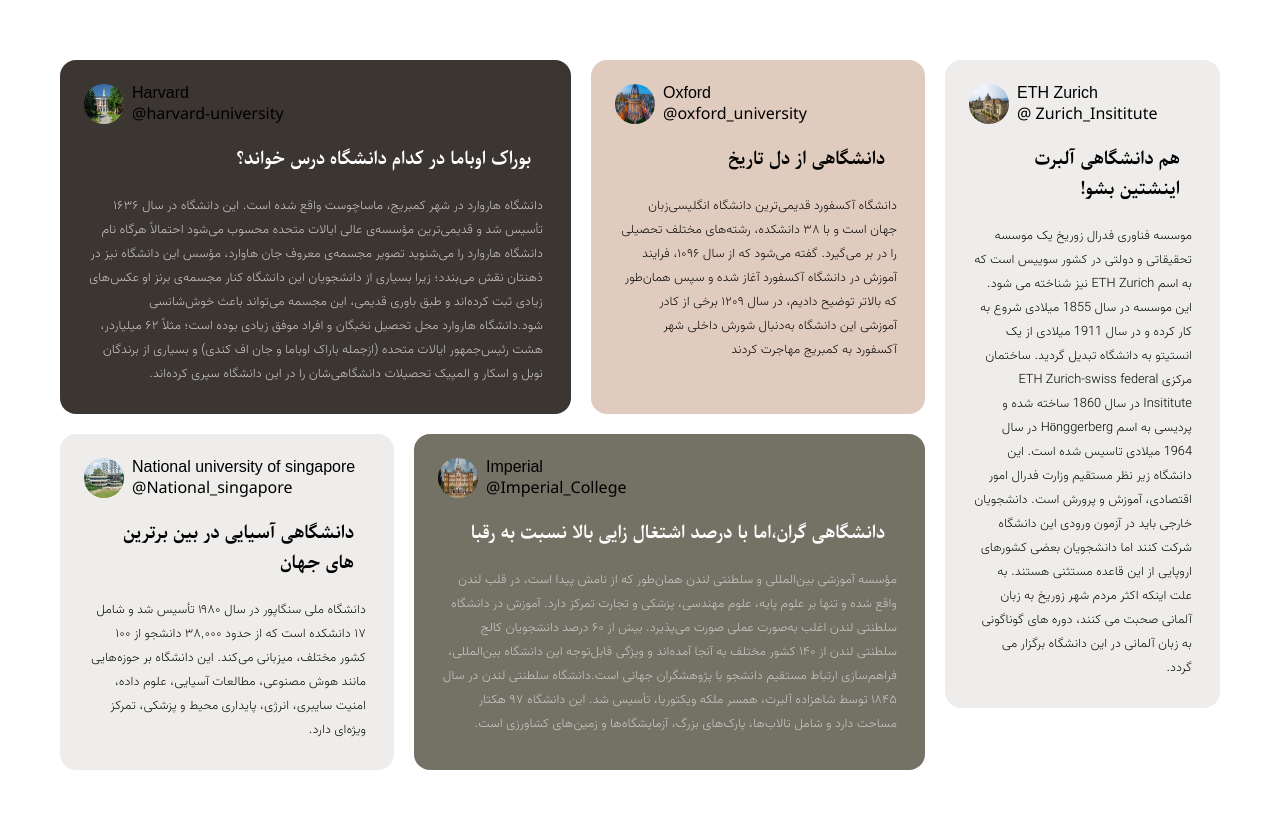
Repository: rahanwz/cards
Page: cards.html
The author's editor kept a copy of each file at every save. The page is drawn from the files as they stood at one save, then again after a run of saves.
The browser window is 1280 px wide. The pictures show the whole page.

Above is the page before, as saved 2024-02-17 16:55:50.

### cards.html
<!DOCTYPE html>
<html lang="en">
  <head>
    <meta charset="UTF-8" />
    <meta name="viewport" content="width=device-width, initial-scale=1.0" />
    <title>Document</title>
    <link rel="stylesheet" href="cards.css" />
  </head>
  <body>
    <div class="container">
      <div class="boxcard1">
        <div class="cardcontainer big-card">
          <div class="card1">
            <div class="head">
              <div class="profile">
                <div class="profilecontaner">
                  <img
                    src="harvard-university-6591e0b9df73096be8d614ee.webp"
                    alt=""
                  />
                </div>
              </div>

              <div>
                <div class="user">Harvard</div>
                <div class="id">@harvard-university</div>
              </div>
            </div>
            <div class="descrip1" style="color: #ffffff;">بوراک اوباما در کدام دانشگاه درس خواند؟</div>
            <div class="descrip2" style=" color: #d0d0d0;">
              دانشگاه هاروارد در شهر کمبریج، ماساچوست واقع شده است. این دانشگاه
              در سال ۱۶۳۶ تأسیس شد و قدیمی‌ترین مؤسسه‌ی عالی ایالات متحده محسوب
              می‌شود احتمالاً هرگاه نام دانشگاه هاروارد را می‌شنوید تصویر
              مجسمه‌ی معروف جان هاوارد، مؤسس این دانشگاه نیز در ذهنتان نقش
              می‌بندد؛ زیرا بسیاری از دانشجویان این دانشگاه کنار مجسمه‌ی برنز او
              عکس‌های زیادی ثبت کرده‌اند و طبق باوری قدیمی، این مجسمه می‌تواند
              باعث خوش‌شانسی شود.دانشگاه هاروارد محل تحصیل نخبگان و افراد موفق
              زیادی بوده است؛ مثلاً ۶۲ میلیاردر، هشت‌ رئیس‌جمهور ایالات متحده
              (ازجمله باراک اوباما و جان اف کندی) و بسیاری از برندگان نوبل و
              اسکار و المپیک تحصیلات دانشگاهی‌شان را در این دانشگاه سپری
              کرده‌اند.
            </div>
          </div>
        </div>

        <div class="cardcontainer small-card">
          <div class="card2">
            <div class="head">
              <div class="profile">
                <div class="profilecontaner">
                  <img
                    src="oxford-university-jpg-6591b422df73096be8d6145c.webp"
                    alt=""
                  />
                </div>
              </div>
              <div>
                <div class="user">Oxford</div>
                <div class="id">@oxford_university</div>
              </div>
            </div>
            <div class="descrip1">دانشگاهی از دل تاریخ</div>
            <div class="descrip2">
              دانشگاه آکسفورد قدیمی‌ترین دانشگاه انگلیسی‌زبان جهان است و با ۳۸
              دانشکده، رشته‌های مختلف تحصیلی را در بر می‌گیرد. گفته می‌شود که از
              سال ۱۰۹۶، فرایند آموزش در دانشگاه آکسفورد آغاز شده و سپس همان‌طور
              که بالاتر توضیح دادیم، در سال ۱۲۰۹ برخی از کادر آموزشی این دانشگاه
              به‌دنبال شورش داخلی شهر آکسفورد به کمبریج مهاجرت کردند
            </div>
          </div>
        </div>

        <div class="cardcontainer small-card">
          <div class="card3">
            <div class="head">
              <div class="profile">
                <div class="profilecontaner">
                  <img src="nus-6591f1acdf73096be8d61515.webp" alt="" />
                </div>
              </div>

              <div>
                <div class="user">National university of singapore</div>
                <div class="id">@National_singapore</div>
              </div>
            </div>
            <div class="descrip1">دانشگاهی آسیایی در بین برترین های جهان</div>
            <div class="descrip2">
              دانشگاه ملی سنگاپور در سال ۱۹۸۰ تأسیس شد و شامل ۱۷ دانشکده‌ است که
              از حدود ۳۸٬۰۰۰ دانشجو از ۱۰۰ کشور مختلف، میزبانی می‌کند. این
              دانشگاه بر حوزه‌هایی مانند هوش مصنوعی، مطالعات آسیایی، علوم داده،
              امنیت سایبری، انرژی، پایداری محیط و پزشکی، تمرکز ویژه‌ای دارد.
            </div>
          </div>
        </div>
        <div class="cardcontainer big-card">
          <div class="card4">
            <div class="head">
              <div class="profile">
                <div class="profilecontaner">
                  <img
                    src="imperial-college-london-6591e911df73096be8d614fb.webp"
                    alt=""
                  />
                </div>
              </div>

              <div>
                <div class="user">Imperial</div>
                <div class="id">@Imperial_College</div>
              </div>
            </div>
            <div class="descrip1" style="color: #ffffff;">
              دانشگاهی گران،اما با درصد اشتغال زایی بالا نسبت به رقبا
            </div>
            <div class="descrip2" style="color: #cfcfcf;">
              مؤسسه آموزشی بین‌المللی و سلطنتی لندن همان‌طور که از نامش پیدا
              است، در قلب لندن واقع شده و تنها بر علوم پایه، علوم مهندسی، پزشکی
              و تجارت تمرکز دارد. آموزش در دانشگاه سلطنتی لندن اغلب به‌صورت عملی
              صورت می‌پذیرد. بیش از ۶۰ درصد دانشجویان کالج سلطنتی لندن از ۱۴۰
              کشور مختلف به آنجا آمده‌اند و ویژگی قابل‌توجه این دانشگاه
              بین‌المللی، فراهم‌سازی ارتباط مستقیم دانشجو با پژوهشگران جهانی
              است.دانشگاه سلطنتی لندن در سال ۱۸۴۵ توسط شاهزاده آلبرت، همسر ملکه
              ویکتوریا، تأسیس شد. این دانشگاه ۹۷ هکتار مساحت دارد و شامل
              تالاب‌ها، پارک‌های بزرگ، آزمایشگاه‌ها و زمین‌های کشاورزی است.
            </div>
          </div>
        </div>
      </div>
      <div class="boxcard2">
        <div class="cardcontainer">
          <div class="card5">
            <div class="head">
              <div class="profile">
                <div class="profilecontaner">
                  <img src="zurich-eth-6591f083df73096be8d6150c.webp" alt="" />
                </div>
              </div>

              <div>
                <div class="user">ETH Zurich</div>
                <div class="id">@ Zurich_Insititute</div>
              </div>
            </div>
            <div class="descrip1" ">هم دانشگاهی آلبرت اینشتین بشو!</div>
            <div class="descrip2">
              موسسه فناوری فدرال زوریخ یک موسسه تحقیقاتی و دولتی در کشور سوییس
              است که به اسم ETH Zurich نیز شناخته می شود. این موسسه در سال 1855
              میلادی شروع به کار کرده و در سال 1911 میلادی از یک انستیتو به
              دانشگاه تبدیل گردید. ساختمان مرکزی ETH Zurich-swiss federal
              Insititute در سال 1860 ساخته شده و پردیسی به اسم Hönggerberg در
              سال 1964 میلادی تاسیس شده است. این دانشگاه زیر نظر مستقیم وزارت
              فدرال امور اقتصادی، آموزش و پرورش است. دانشجویان خارجی باید در
              آزمون ورودی این دانشگاه شرکت کنند اما دانشجویان بعضی کشورهای
              اروپایی از این قاعده مستثنی هستند. به علت اینکه اکثر مردم شهر
              زوریخ به زبان آلمانی صحبت می کنند، دوره های گوناگونی به زبان
              آلمانی در این دانشگاه برگزار می گردد.
            </div>
          </div>
        </div>
      </div>
    </div>
  </body>
</html>

### cards.css
* {
  padding: 0;
  margin: 0;
  box-sizing: border-box;
}

.container {
  display: flex;
  flex-direction: column;
  width: 100%;
  height: auto;
  padding: 3rem 2.5rem;
}

.head {
  display: flex;
}

.cardcontainer {
  width: 100%;
  padding: 10px;
}

.card1 {
  background-color: #3c3633;
  padding: 1.5rem;
  border-radius: 1rem;
}
.profile img {
  width: 40px;
  height: 40px;
  margin-right: 0.5rem;
  border-radius: 50%;
}

.descrip {
  padding-top: 1.5rem;
}

.card2 {
  background-color: #e0ccbe;
  padding: 1.5rem;
  border-radius: 1rem;
}
.card3 {
  background-color: #eeedeb;
  padding: 1.5rem;
  border-radius: 1rem;
}
.card4 {
  padding: 1.5rem;
  border-radius: 1rem;
  background-color: #747264;
}

.card5 {
  background-color: #eeedeb;
  padding: 1.5rem;
  border-radius: 1rem;
}

@media (min-width: 1024px) {
  .container {
    flex-direction: row;
    padding: 50px;
    height: 100%;
  }

  .boxcard1 {
    display: flex;
    width: 75%;
    height:20%;
    flex-wrap: wrap;

  }

  .boxcard2 {
    width: 25%;
     height: 65%;
  }

  .big-card {
    width:60%;
  }
  .small-card {
    width:40%;
  }
  .card1,.card2,.card3,.card4,.card5{
    height: 100%;
  }

.descrip1,
.descrip2 {
  direction: rtl;
}

.descrip1{
 font-size: 1.1rem;
 padding: 1rem;
 font-family: titr;
}

.descrip2{
  padding: .25rem;
  font-size:.80rem;
  line-height:1.5rem;
  font-family:des;
}
.user{
  font-family:Arial, Helvetica, sans-serif;
}
.id{
  font-family: 'Segoe UI', Tahoma, Geneva, Verdana, sans-serif;
}

}


@font-face{
  font-family:titr;
  src: url(font/Parastoo-Bold-FD-WOL.woff);
}



@font-face{
  font-family:des;
  src: url(font/Vazir-Thin.woff2);
}

After the next 2 saves:
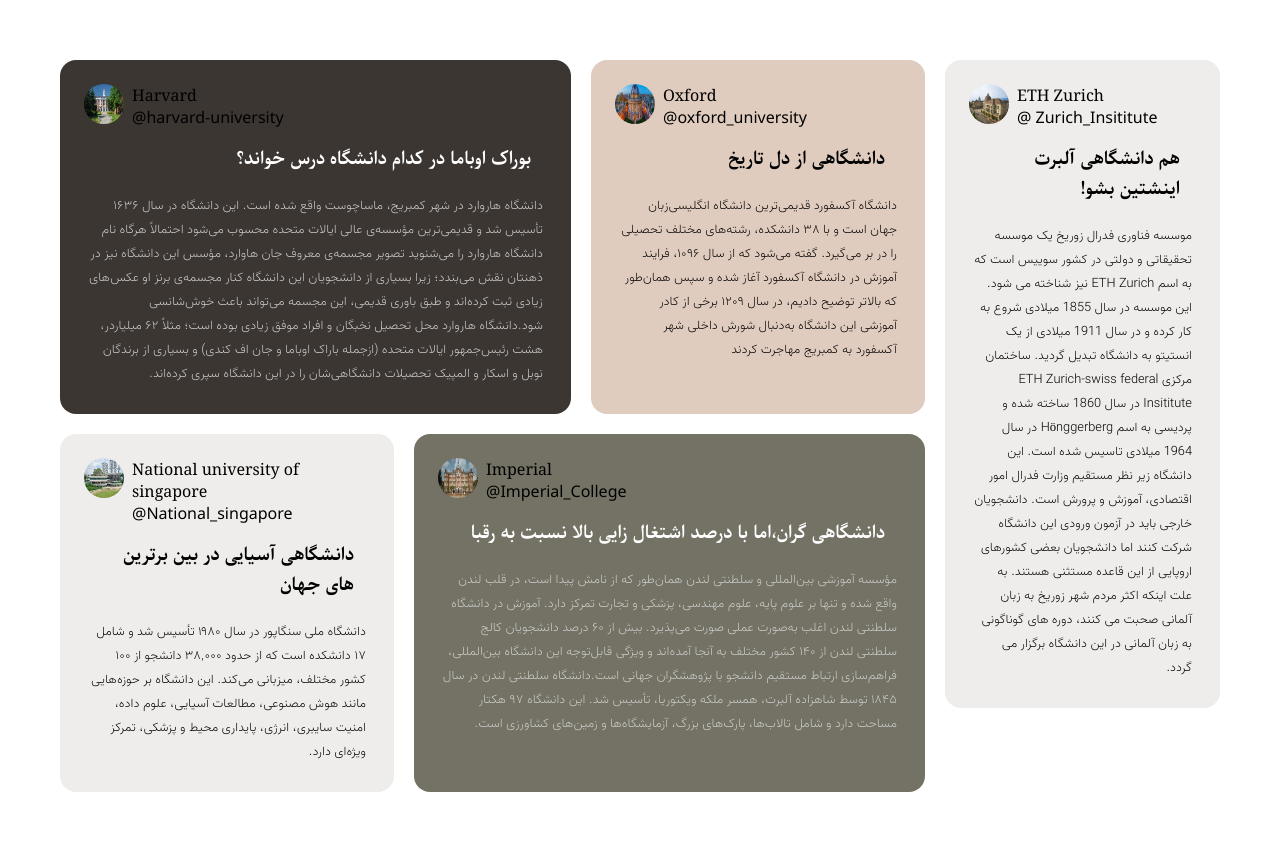
The 2 saves are shown as one change because they came seconds apart.
The last was saved 15 s later.
--- a/cards.css
+++ b/cards.css
@@ -107,7 +107,7 @@
   font-family:des;
 }
 .user{
-  font-family:Arial, Helvetica, sans-serif;
+  font-family:Cambria, Cochin, Georgia, Times, 'Times New Roman', serif;
 }
 .id{
   font-family: 'Segoe UI', Tahoma, Geneva, Verdana, sans-serif;
